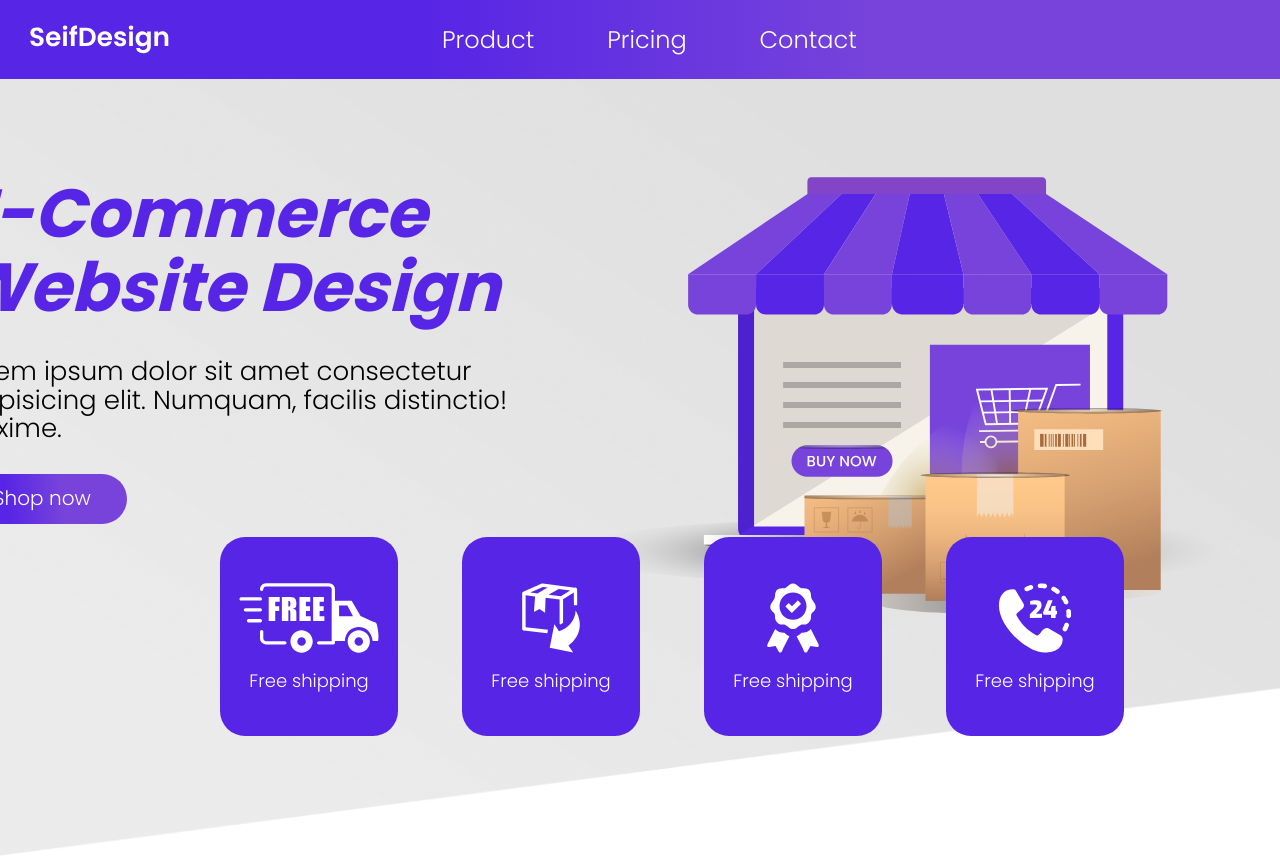
Repository: simralgasimov/newpage
Page: index.html
These files come from the project's save history. The page is drawn as it stood at one moment and after the next save; the edit follows.
The browser window is 1280 px wide. The pictures show the whole page.
The style sheet was rebuilt from its Sass, Less or Tailwind sources for each picture, by a compiler version that may differ from the author's.

Above is the page before, as saved 2023-12-13 14:59:40.
Not found: index.js

### index.html
<!DOCTYPE html>
<html lang="en">
  <head>
    <meta charset="UTF-8" />
    <meta name="viewport" content="width=device-width, initial-scale=1.0" />
    <title>Document</title>
    <link rel="stylesheet" href="./reset.css" />
    <link rel="stylesheet" href="./index.css" />
  </head>
  <body>
    <div class="container">
      <nav>
        <!-- <div class="logo"> -->
          <img class="logo-img" src=".//image/SeifDesign.svg" alt="" />
        <!-- </div> -->
        <ul>
          <li><a href="#">Product</a></li>
          <li><a href="#">Pricing</a></li>
          <li><a href="#">Contact</a></li>
        </ul>
        <div class="burgerMenu">
          <img src="./image/Frame 1.svg" alt="" />
        </div>
      </nav>
      <div class="box-container">
        <div class="box-1">
          <div class="text-container">
            <h1>E-Commerce Website Design</h1>
            <p>
              Lorem ipsum dolor sit amet consectetur adipisicing elit. Numquam,
              facilis distinctio! Maxime.
            </p>
            <button><a href="#">Shop now</a></button>
          </div>

            <img class="house-img" src=".//image/Group (1).svg" alt="" />

        </div>

          <ul>
            <li>
              <img src="./image/Group (2).svg" alt="" />
              <p>Free shipping</p>
            </li>

            <li>
              <img src="./image/Vector (1).svg" alt="" />
              <p>Free shipping</p>
            </li>
            <li>
              <img src="./image/Group (3).svg" alt="" />
              <p>Free shipping</p>
            </li>
            <li>
              <img src="./image/Vector (2).svg" alt="" />
              <p>Free shipping</p>
            </li>
          </ul>
        </div>

    </div>

  </body>
  <script src="./index.js"></script>
</html>

### index.scss
@import url("https://fonts.googleapis.com/css2?family=Poppins:wght@300;700&display=swap");
* {
    margin: 0;
    padding: 0;
    box-sizing: border-box;
}
.container {
    background-image: url('./image/Rectangle\ 3.png');
    background-repeat: no-repeat;
    background-size: 100% 100%;
    /* padding: 16px 83px 33px 83px; */
    min-height: 100vh;
    width: 100%;
    /* background: linear-gradient(270deg, #7743db 31.64%, #5725e5 66.78%); */
    @media screen and (max-width: 1024px) {
        padding: 21px 21px;
    }
    nav {
        display: flex;
        align-items: center;
        background: linear-gradient(270deg, #7743DB 31.64%, #5725E5 66.78%);
        padding: 20px 30px;
        @media screen and (max-width: 1024px) {
            display: flex;
            justify-content: space-between;
        }
        .burgerMenu {
            display: none;
            @media screen and (max-width: 1024px) {
                display: block;
            }
        }
        .logo-img {
            width: 139px;
            height: 39px;
        }
        @media screen and (max-width: 1024px) {
            width: 97px;
        }
        ul {
            @media screen and (max-width: 1024px) {
                display: none;
            }
            display: flex;
            list-style-type: none;
            margin-left: 200px;

            li {
                margin-left: 73px;

                a {
                    text-decoration: none;
                    width: 98px;
                    height: 30px;
                    color: #fff;
                    text-align: center;
                    font-family: Poppins;
                    font-size: 24px;
                    font-style: normal;
                    font-weight: 300;
                    line-height: normal;
                }
            }
        }
    }
}
.box-container {
    .box-1 {
        padding: 98px 164px 43px 83px;
        display: flex;
        justify-content: center;
        .text-container {
            h1 {
                margin-bottom: 32px;
                width: 608px;
                font-family: Poppins;
                font-size: 68px;
                font-style: italic;
                font-weight: 700;
                line-height: 109%; /* 74.12px */
              color: #5725e5;
            }
            p {
                width: 608px;
                color: #000;
                font-family: Poppins;
                font-size: 26px;
                font-style: normal;
                font-weight: 300;
                line-height: 109%;
            }
            button {
                border: none;
                margin-top: 32px;
                display: flex;
                width: 170px;
                height: 50px;
                padding: 0px 24px;
                justify-content: center;
                align-items: center;
                border-radius: 25px;
                background: linear-gradient(263deg, #7743db 38.81%, #5725e5 70.24%);
                a {
                    text-decoration: none;
                    color: #fff;
                    font-family: Poppins;
                    font-size: 20px;
                    font-style: normal;
                    font-weight: 400;
                    line-height: 109%; /* 21.8px */
                }
            }
        }

            .house-img {
                width: 677.61px;
                height: 437.417px;
            }

    }

        ul {
            display: flex;
            justify-content: center;

            li {
                margin-left: 64px;
                position: relative;

                bottom: 120px;

                display: flex;
                width: 178px;
                height: 199px;
                padding: 10px;
                flex-direction: column;
                justify-content: center;
                align-items: center;
                gap: 18px;
                flex-shrink: 0;
                border-radius: 25px;
                background: #5725e5;
                img {
                    width: 139.997px;
                    height: 70px;
                }
                p {
                    color: #fff;
                    text-align: center;
                    font-family: Poppins;
                    font-size: 18px;
                    font-style: normal;
                    font-weight: 400;
                    line-height: 109%; /* 19.62px */
                }
            }
        }

}

Loaded but not shown: reset.css (common file)

After the next save:
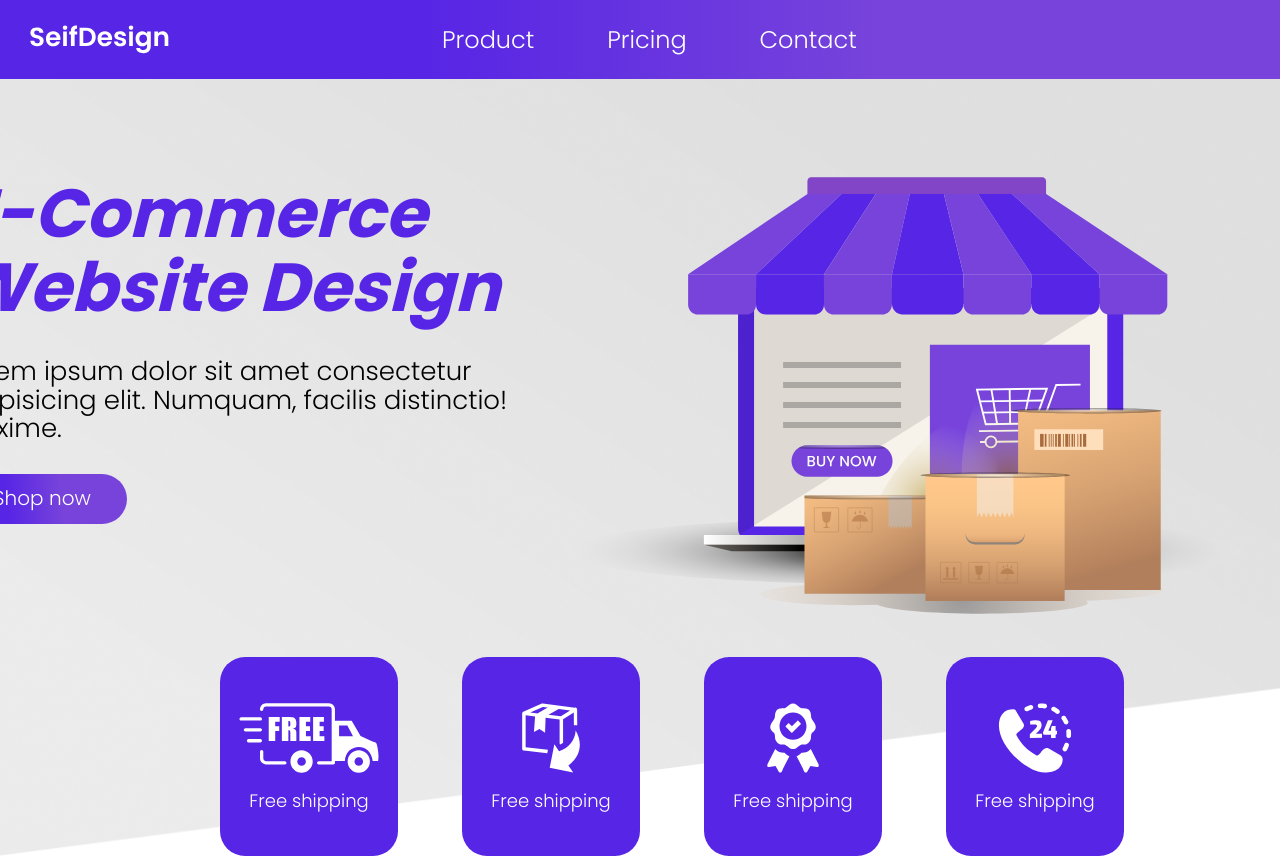
Saved 11 s later.
--- a/index.scss
+++ b/index.scss
@@ -125,9 +125,9 @@
 
             li {
                 margin-left: 64px;
-                position: relative;
+                /* position: relative;
 
-                bottom: 120px;
+                bottom: 120px; */
 
                 display: flex;
                 width: 178px;
